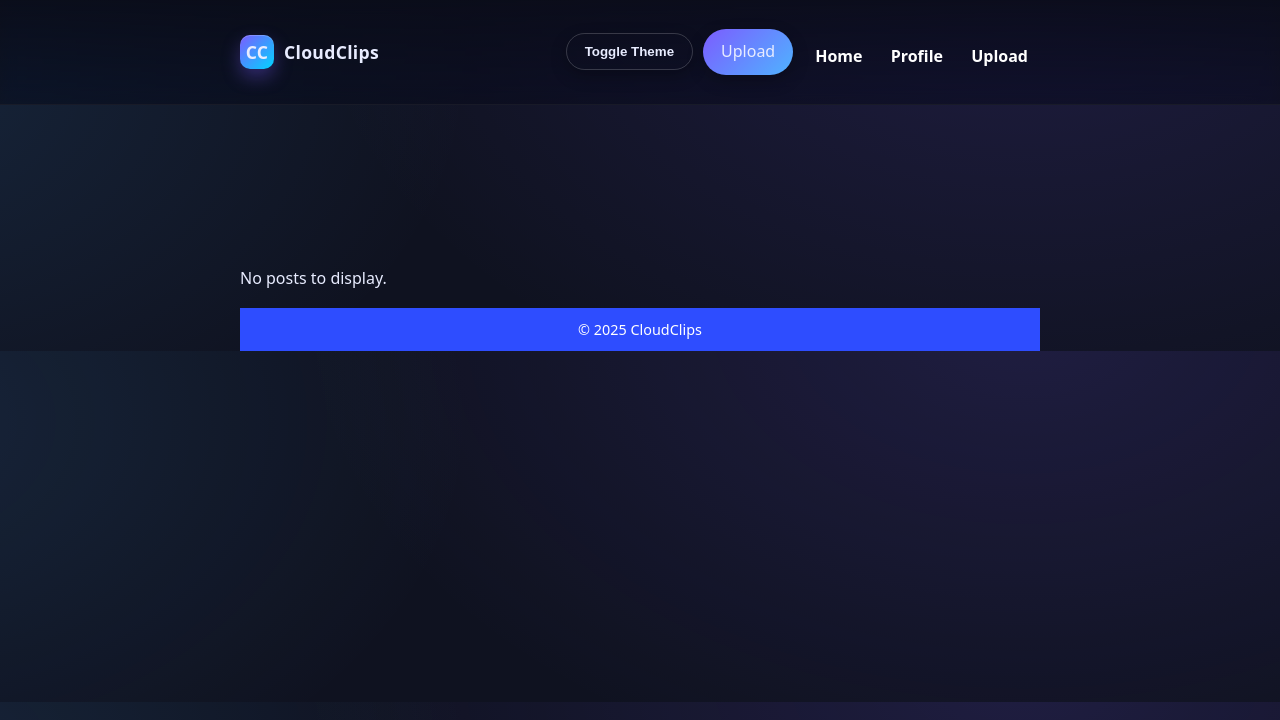
Repository: burhannaseer/CloudClips
Page: index.html
The author's editor kept a copy of each file at every save. The page is drawn from the files as they stood at one save, then again after the next save.
The browser window is 1280 px wide. The pictures show the whole page.

Above is the page before, as saved 2025-08-14 13:44:13.

After the next save:
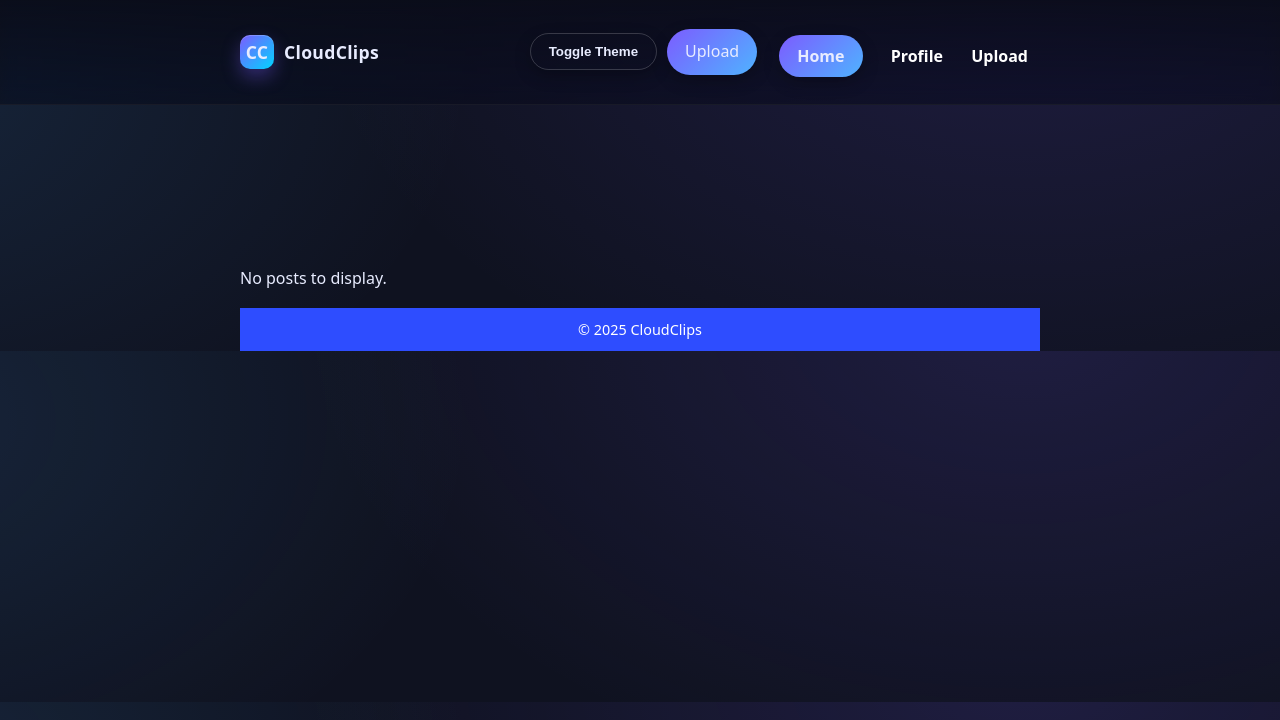
Saved 56 s later.
--- a/index.html
+++ b/index.html
@@ -17,7 +17,7 @@
       <button class="theme-toggle btn btn-outline btn-pill" type="button">Toggle Theme</button>
       <a class="btn btn-primary btn-pill" href="upload.html">Upload</a>
       <nav>
-        <a href="index.html">Home</a>
+        <a class="btn btn-primary btn-pill" href="index.html">Home</a>
         <a href="profile.html">Profile</a>
         <a href="upload.html">Upload</a>
         <!-- <a href="signin.html">Sign In</a> -->
